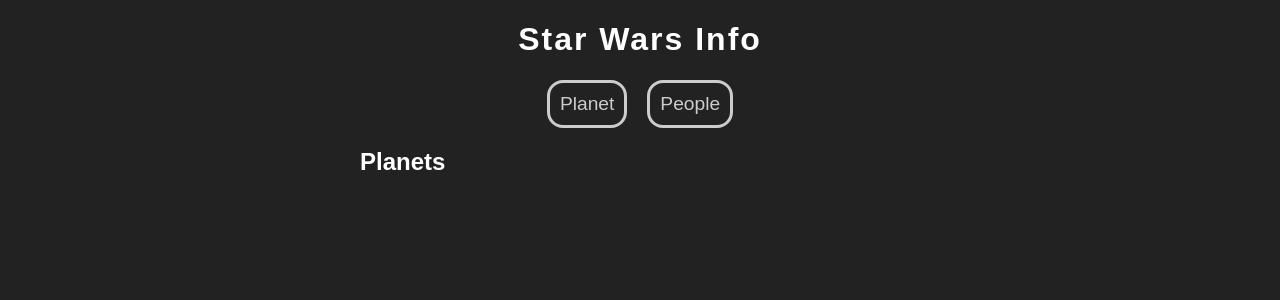
Repository: mireu-san/jikan-react-query
Page: /, after clicking the first element matching `button`
These files come from the project's save history. The page is drawn as it stood at one moment and after the next save; the edit follows.
The browser window is 1280 px wide. The pictures show the whole page.
The page's requests for data from a server got no answer. The project was rebuilt for these pictures with package versions that can differ from the ones it lists, and the page was loaded fresh each time. No one was signed in, and anything a server would have sent is missing.

Above is the page before, as saved 2022-11-29 20:37:48.

After the next save:
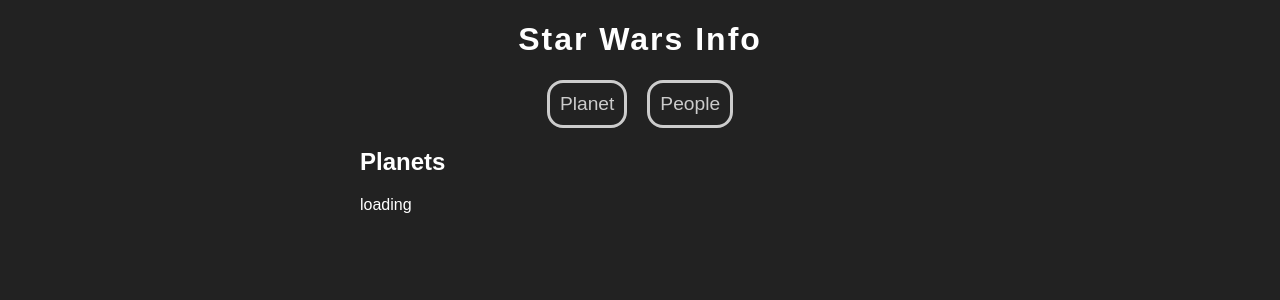
Saved 93 s later.
--- a/src/components/Planets.js
+++ b/src/components/Planets.js
@@ -13,6 +13,7 @@
   return (
     <div>
       <h2>Planets</h2>
+      <p>{status}</p>
     </div>
   );
 };
